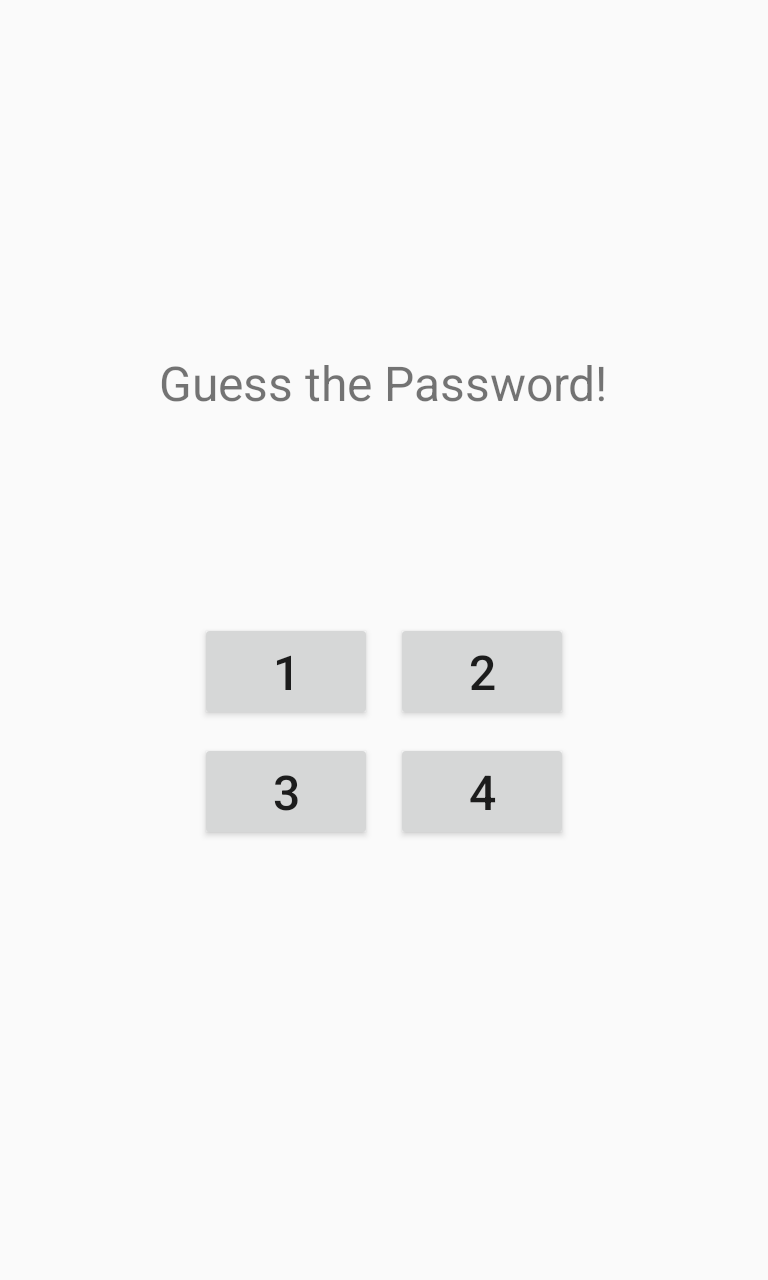
Repository: cryder3/csc303
Layout: Challenge1/res/layout/activity_topsecret.xml
The author's editor kept a copy of each file at every save. The layout is drawn from the files as they stood at one save, then again after the next save.
It is drawn on a 768 x 1280 px phone screen (xhdpi) without system bars, with theme AppTheme; the app's code is not run.

Above is the layout before, as saved 2014-09-10 16:17:08.

### Challenge1/res/layout/activity_topsecret.xml
<LinearLayout xmlns:android="http://schemas.android.com/apk/res/android"
    xmlns:tools="http://schemas.android.com/tools"
    android:id="@+id/LinearLayout1"
    android:layout_width="match_parent"
    android:layout_height="match_parent"
    android:orientation="vertical"
    android:gravity= "center"
    tools:context="${relativePackage}.${activityClass}" >

    <TextView
        android:layout_width="wrap_content"
        android:layout_height="wrap_content"
        android:padding="24dp"
        android:textSize="24dp"
        android:text="@string/title"
        />

    <TextView
        android:id="@+id/entered_text"
        android:layout_width="wrap_content"
        android:layout_height="wrap_content"
        android:textSize="24dp"
        android:padding="24dp"
        />

    <LinearLayout
        android:layout_width="match_parent"
        android:layout_height="wrap_content"
        android:gravity="center" >

        <Button
            android:id="@+id/button1"
            android:layout_width="wrap_content"
            android:layout_height="wrap_content"
            android:layout_marginBottom="5dp"
            android:layout_marginRight="10dp"
            android:text="@string/one"
            android:textSize="24dp" />

        <Button
            android:id="@+id/button2"
            android:layout_width="wrap_content"
            android:layout_height="wrap_content"
            android:layout_marginBottom="5dp"
            android:text="@string/two"
            android:textSize="24dp" />

    </LinearLayout>

    <LinearLayout
        android:layout_width="match_parent"
        android:layout_height="wrap_content"
        android:gravity="center" >

        <Button
            android:id="@+id/button3"
            android:layout_width="wrap_content"
            android:layout_height="wrap_content"
            android:layout_marginRight="10dp"
            android:text="@string/three"
            android:textSize="24dp" />

        <Button
            android:id="@+id/button4"
            android:layout_width="wrap_content"
            android:layout_height="wrap_content"
            android:text="@string/four"
            android:textSize="24dp" />
    </LinearLayout>

    <TextView
        android:id="@+id/answer"
        android:layout_width="wrap_content"
        android:layout_height="wrap_content"
        android:padding="24dp"
        />


</LinearLayout>

### Challenge1/res/values/strings.xml
<?xml version="1.0" encoding="utf-8"?>
<resources>

    <string name="app_name">Challenge1</string>
    <string name="hello_world">Hello world!</string>
    <string name="incorrect_toast">Nope!</string>
    <string name="one">1</string>
    <string name="two">2</string>
    <string name="three">3</string>
    <string name="four">4</string>
    <string name="title">Guess the Password!</string>

</resources>

Loaded but not shown: Challenge1/res/values/styles.xml (common file); Challenge1/res/values-v11/styles.xml (common file); Challenge1/res/values-v14/styles.xml (common file)

After the next save:
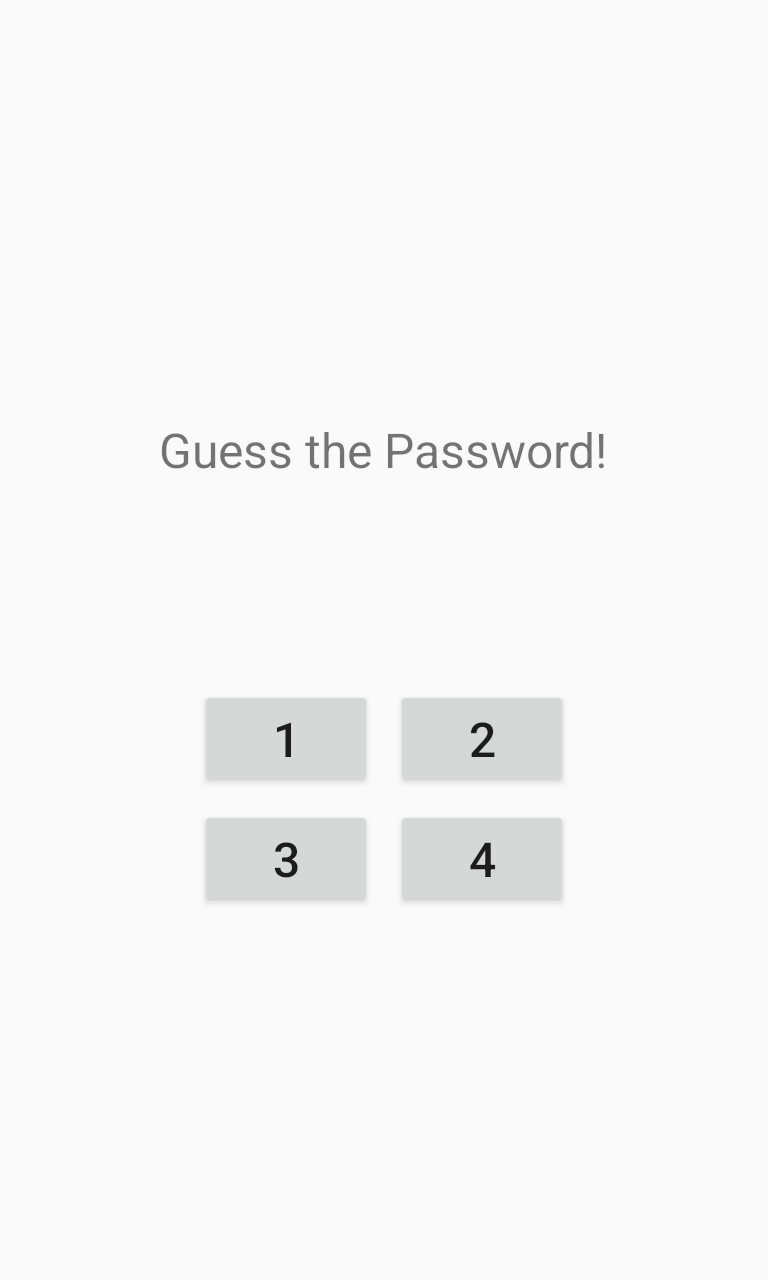
Saved 87 s later.
--- a/Challenge1/res/layout/activity_topsecret.xml
+++ b/Challenge1/res/layout/activity_topsecret.xml
@@ -68,12 +68,5 @@
             android:textSize="24dp" />
     </LinearLayout>
 
-    <TextView
-        android:id="@+id/answer"
-        android:layout_width="wrap_content"
-        android:layout_height="wrap_content"
-        android:padding="24dp"
-        />
-
 
 </LinearLayout>
